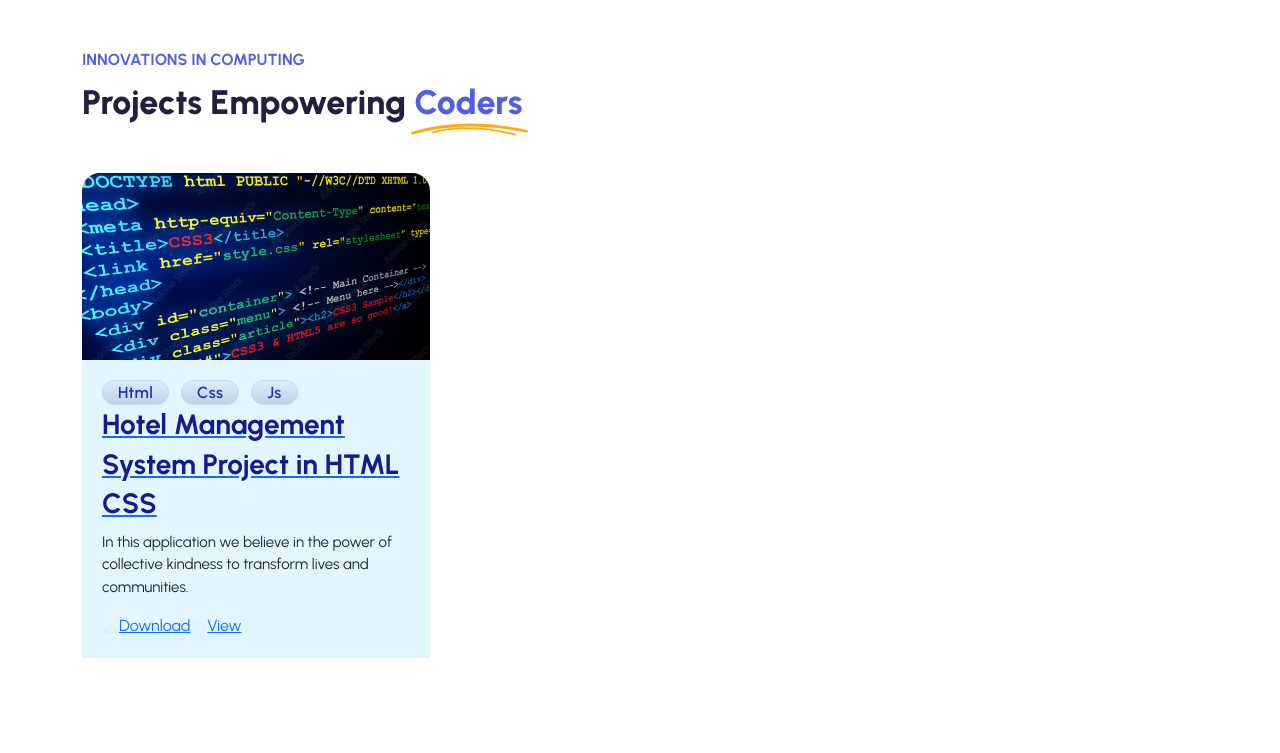
Repository: sharma171/jtccreativeideas
Page: /newsection (app in nextjssite/)
An editor plug-in stored every save of this project. The page is shown before and after the next save, followed by the edit.
The browser window is 1280 px wide. The pictures show the whole page.
The project was rebuilt for these pictures with package versions that can differ from the ones it lists, and the page was loaded fresh each time. The framework's server and built-in components were replaced by stand-ins that run in the browser. Also part of the build but not shown: nextjssite/next.config.mjs.

Above is the page before, as saved 2024-03-28 14:13:12.

After the next save:
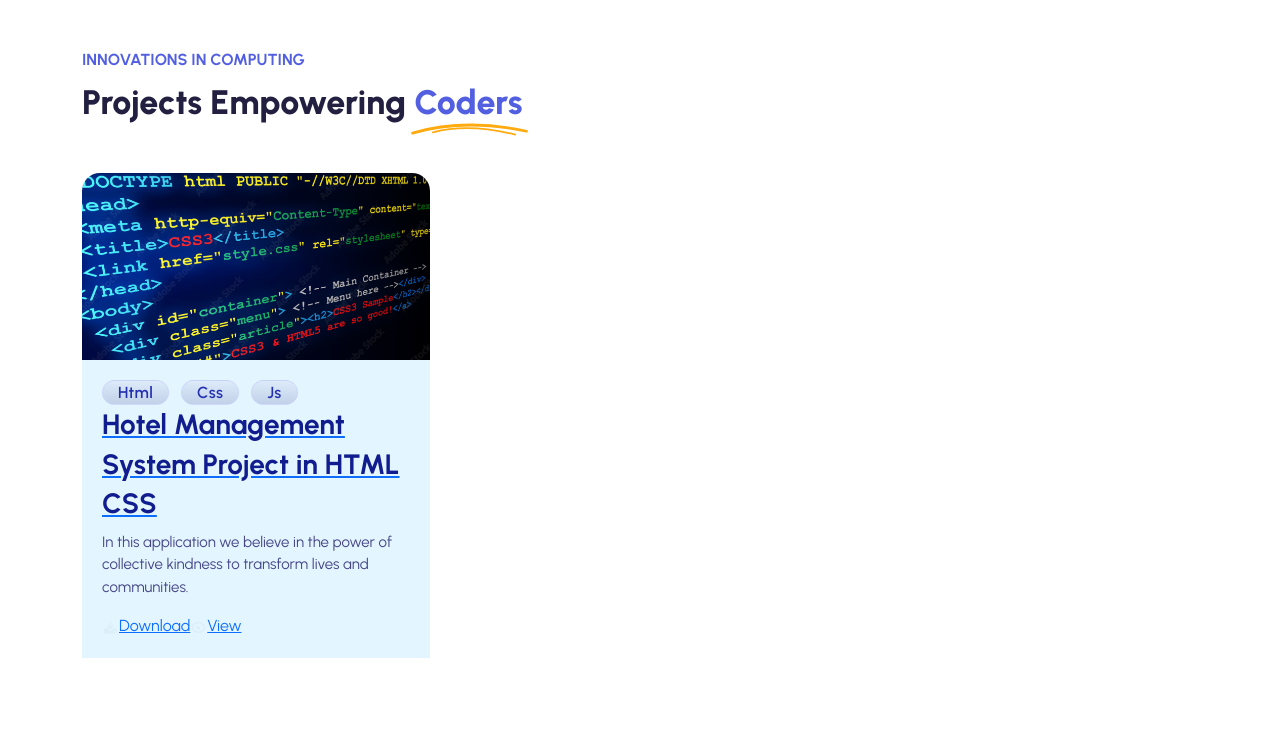
Saved 29 s later.
--- a/nextjssite/src/app/newsection/page.css
+++ b/nextjssite/src/app/newsection/page.css
@@ -91,4 +91,5 @@ section.projects {
     font-size: 15px;
     line-height: 1.5em;
     font-weight: 400;
+    color: #444487;
 }
